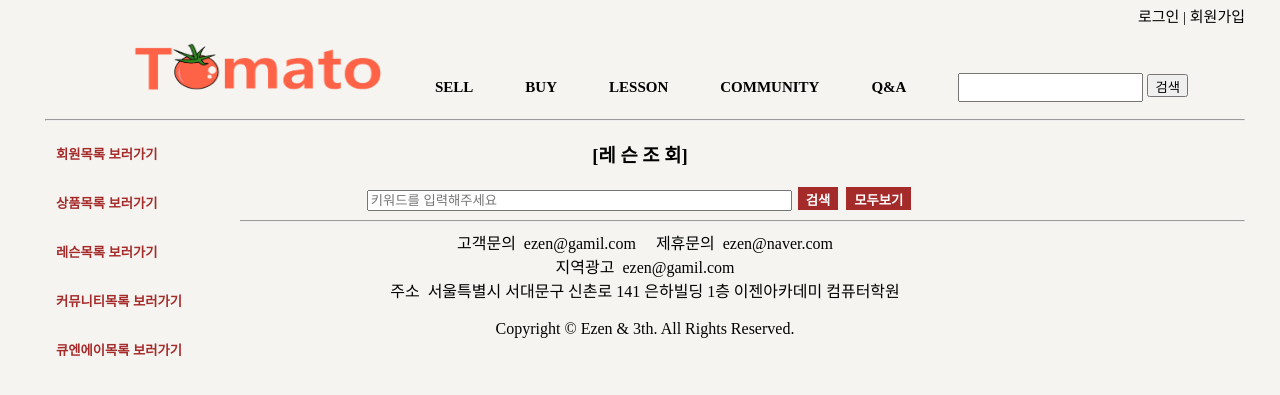
Repository: javadogfoot/semi-project
Page: http://localhost/tomato/admin/lessonList_admin.jsp
An editor plug-in stored every save of this project. The page is shown before and after the next save, followed by the edit.
The browser window is 1280 px wide. The pictures show the whole page.
The page is served by Tomcat 9.

Above is the page before, as saved 2021-10-18 13:47:58.

After the next save:
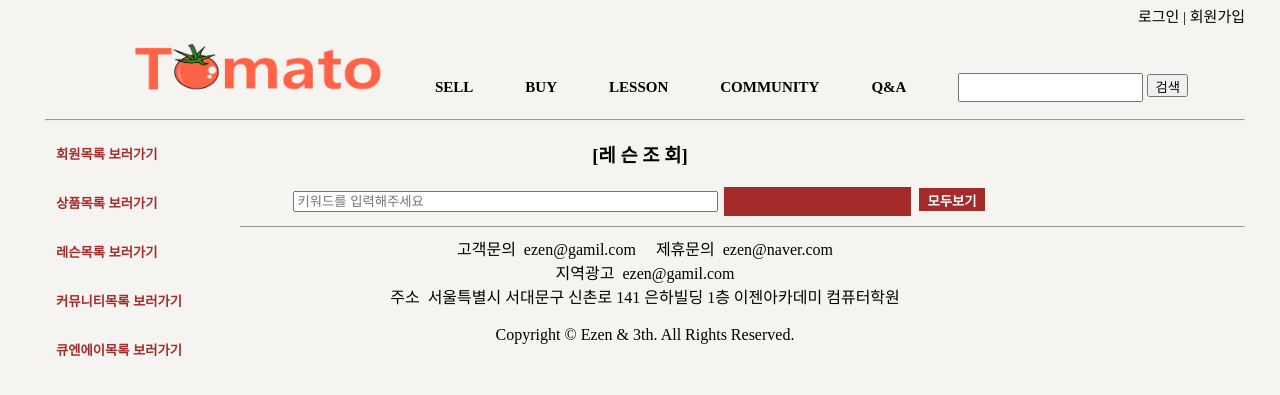
Saved 25 s later.
--- a/semi프로젝트워크스페이스/tomato/src/main/webapp/admin/lessonList_admin.jsp
+++ b/semi프로젝트워크스페이스/tomato/src/main/webapp/admin/lessonList_admin.jsp
@@ -91,7 +91,7 @@
 <section>
    <form name="keywordFind" method="post">
       <input type="text" name="keyword" placeholder="키워드를 입력해주세요" size="50">
-      <input type="submit" name="keywordSearch" value="검색" id="joinbtn1">
+      <input type="submit  value="검색" id="joinbtn1">
       <input type="button" name="listAll" value="모두보기" id="joinbtn1" onclick="showListAll()">
    </form>
 </section>

After the save that followed:
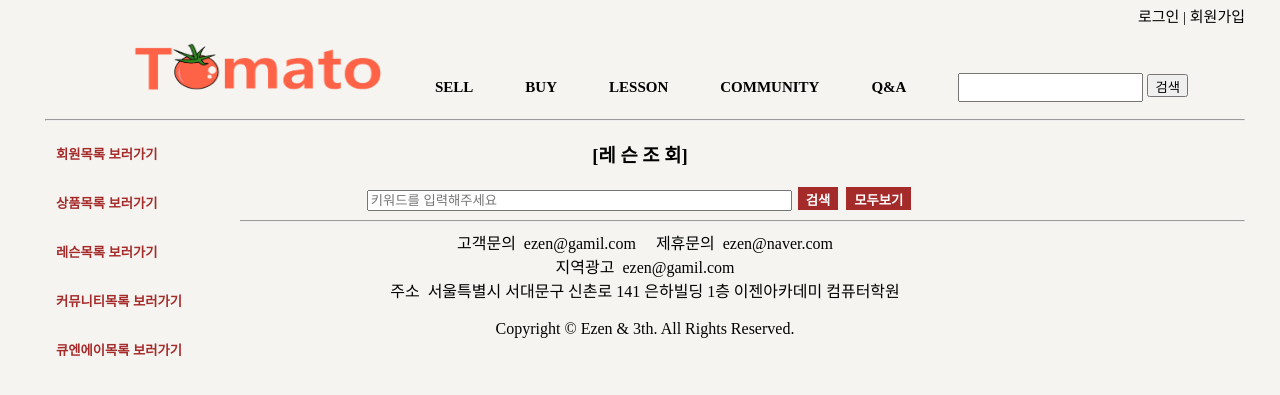
Saved 4 s later.
--- a/semi프로젝트워크스페이스/tomato/src/main/webapp/admin/lessonList_admin.jsp
+++ b/semi프로젝트워크스페이스/tomato/src/main/webapp/admin/lessonList_admin.jsp
@@ -91,7 +91,7 @@
 <section>
    <form name="keywordFind" method="post">
       <input type="text" name="keyword" placeholder="키워드를 입력해주세요" size="50">
-      <input type="submit  value="검색" id="joinbtn1">
+      <input type="submit" value="검색" id="joinbtn1">
       <input type="button" name="listAll" value="모두보기" id="joinbtn1" onclick="showListAll()">
    </form>
 </section>
